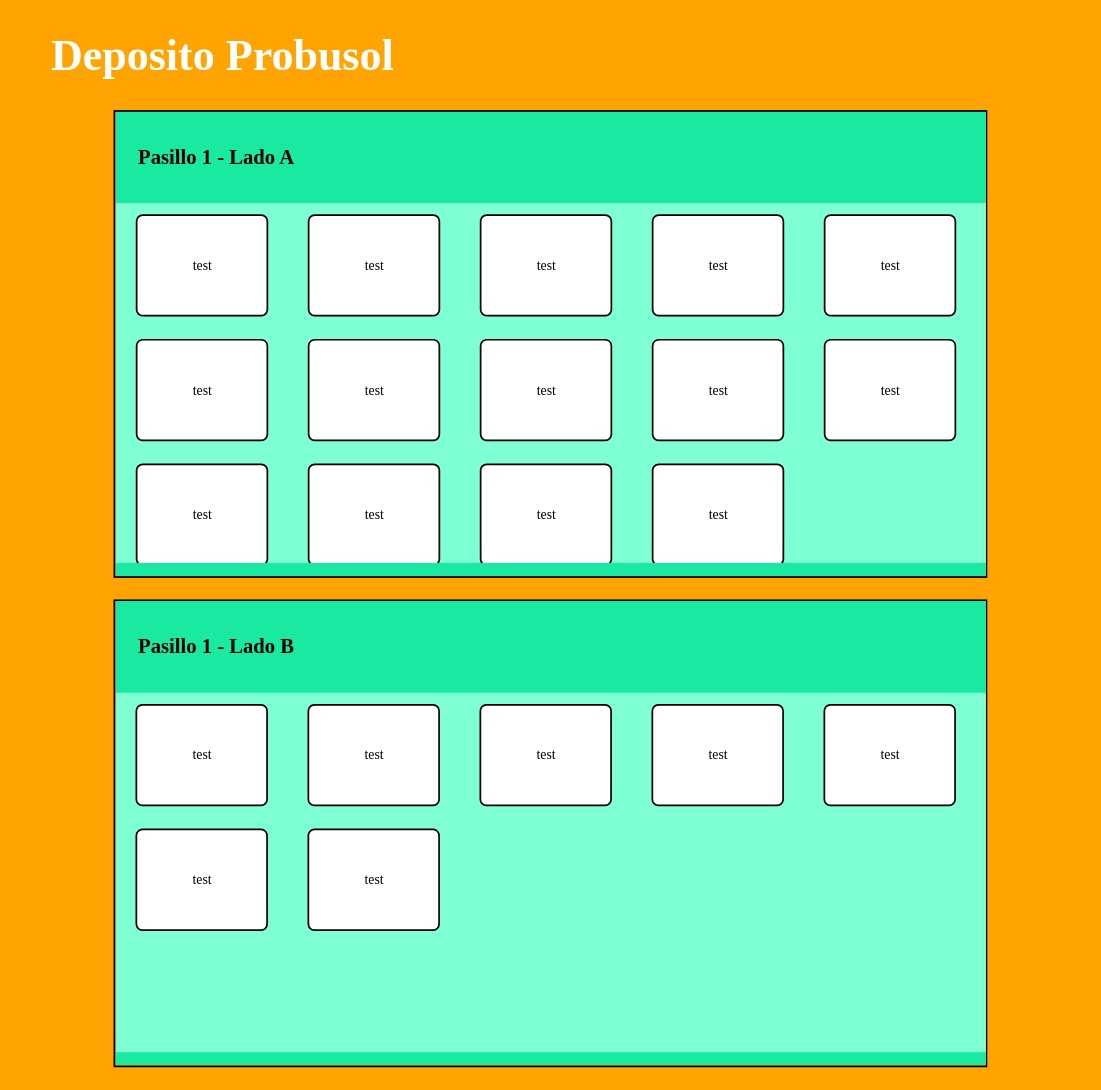
Repository: Franzcod/DepoStock_Web
Page: index.html
These files come from the project's save history. The page is drawn as it stood at one moment and after the next save; the edit follows.
The browser window is 1280 px wide. The pictures show the whole page, at 86% of full size.
An inner scrolling area shows only its first screen.

Above is the page before, as saved 2020-06-07 18:14:49.
Console error: ReferenceError: ur is not defined

After the next save:
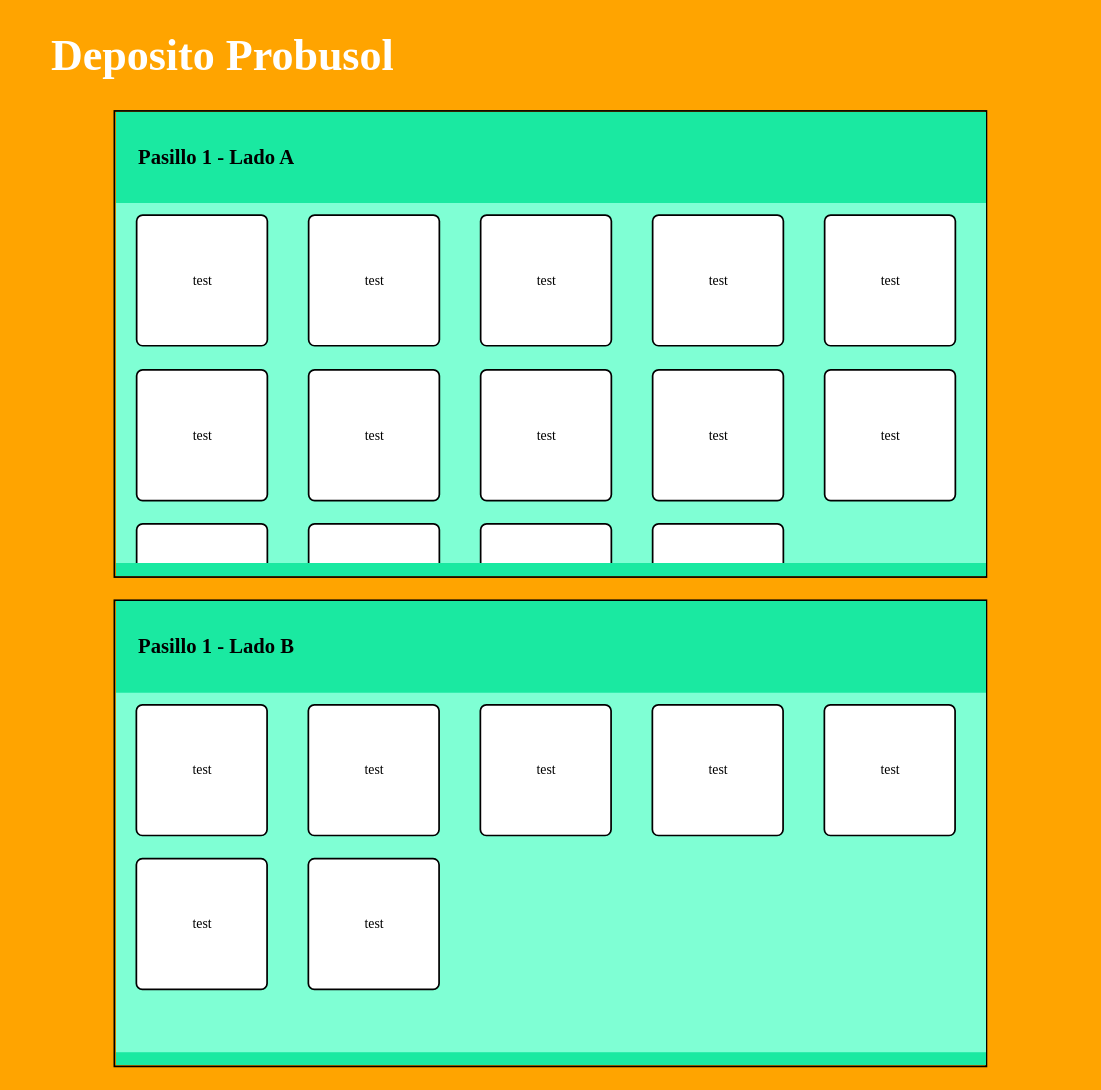
Saved 8 s later.
--- a/estilo/estilo.css
+++ b/estilo/estilo.css
@@ -71,7 +71,7 @@ h3 {
     background: #fff;
     border: 2px solid black;
     border-radius: 8px;
-    height: 9vw;
+    height: 150px;
     width: 150px;
     margin: 1vw auto;
 
